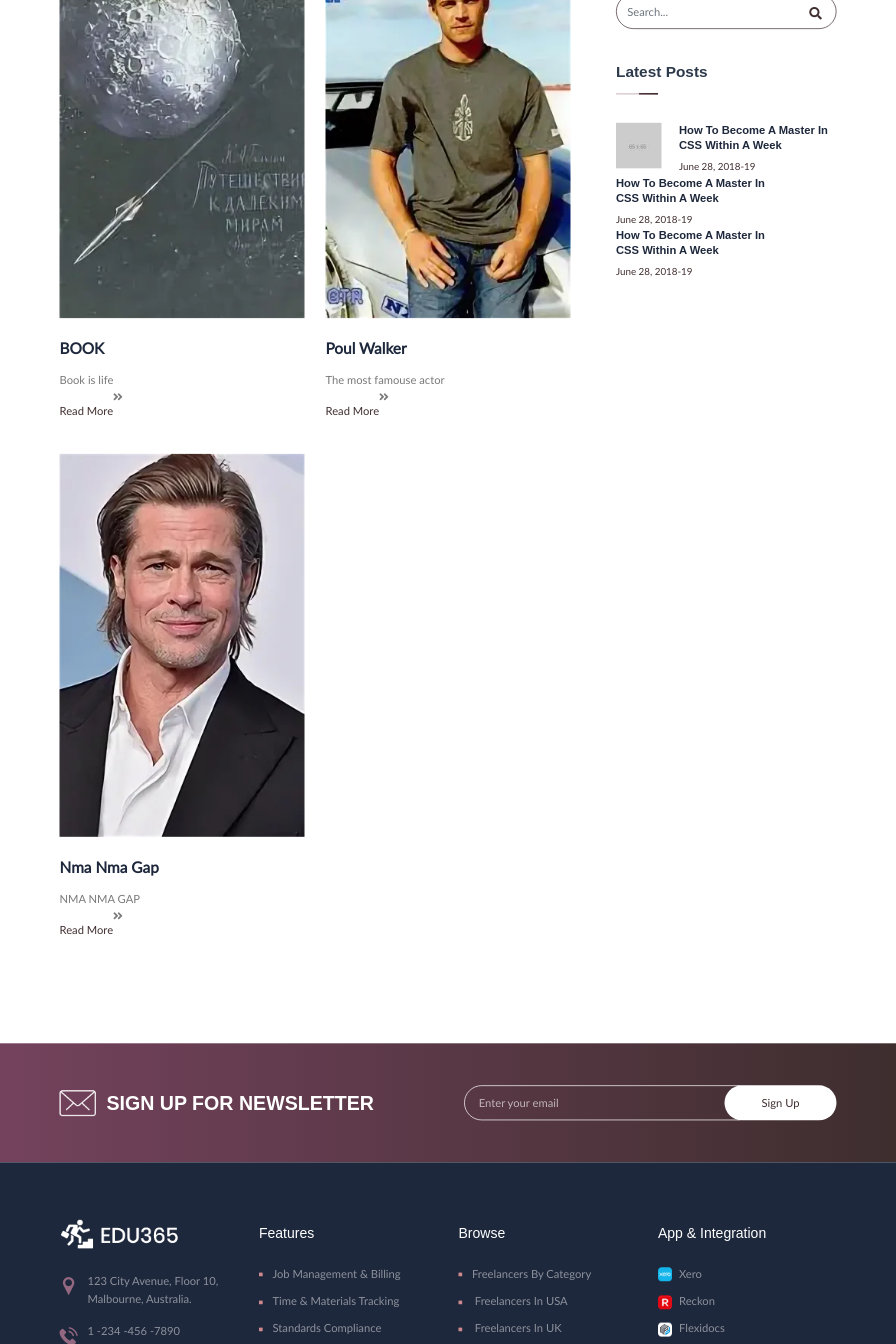
Repository: maqsudov0371/vazifa7oy10dars
Page: http://localhost/service/
These files come from the project's save history. The page is drawn as it stood at one moment and after the next save; the edit follows.
The browser window is 1280 px wide. The pictures show the part of the page from y = 779 to 2699 px (the page is 3012 px tall), at 70% of full size.
Some web fonts or font styles are not loaded; a fallback is used. The page is served by the project's application, run on Django 4.2 (manage.py). The page reads the database file committed with the project. Queries for data that is not in the repository find no rows.

Above is the page before, as saved 2024-09-11 15:06:50.
Console error: TypeError: Cannot read properties of undefined (reading 'left')

After the next save:
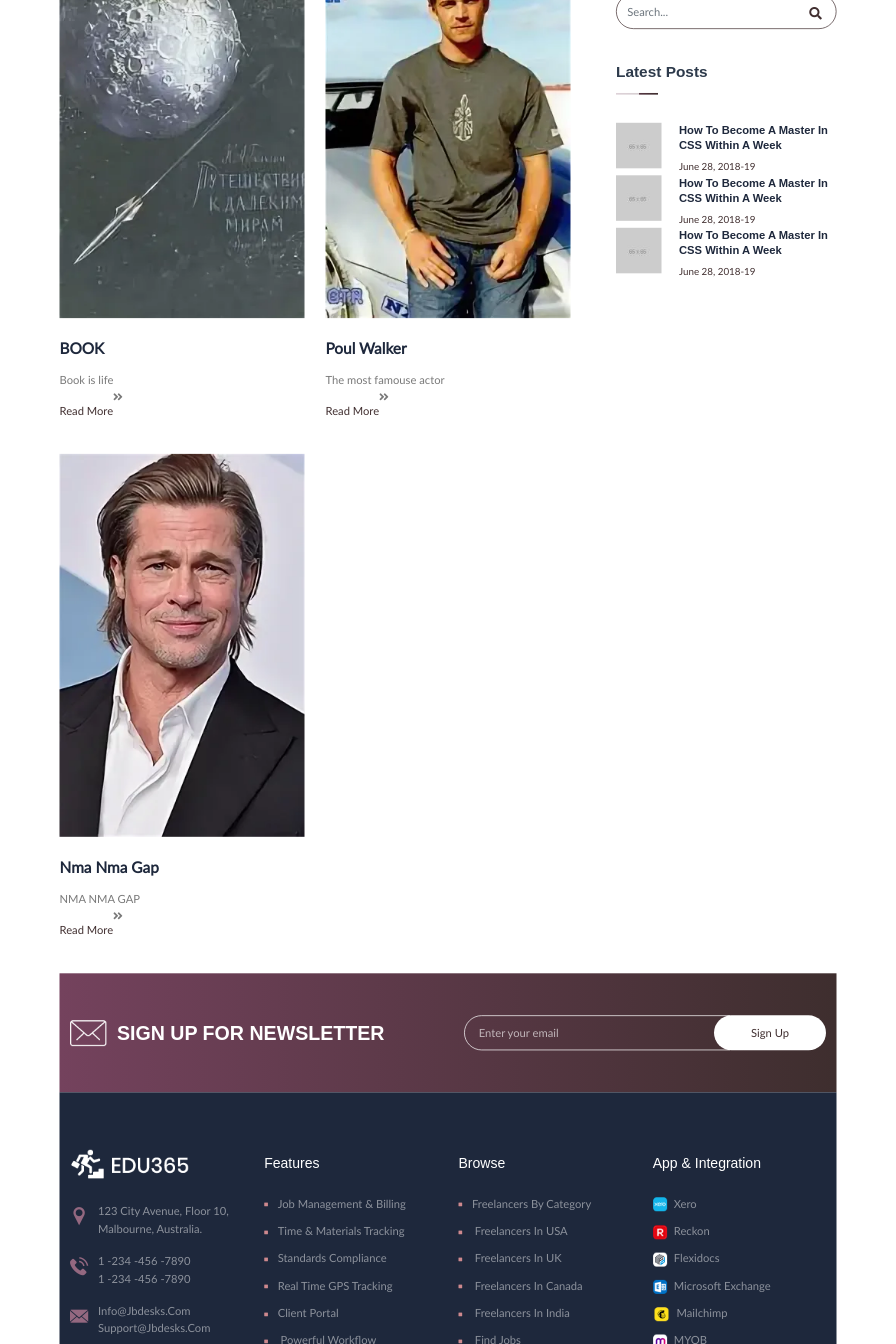
Saved 13 s later.
--- a/main/templates/main/service.html
+++ b/main/templates/main/service.html
@@ -77,11 +77,11 @@
                         <div class="widget_heading">
                             <h2>Latest Posts</h2>
                         </div>
+                        {% for last in services %}
                         <div class="blog_wrapper22 float_left">
                             <div class="blog_image">
                                 <img src="images/blog1.jpg" class="img-responsive" alt="blog_img1" />
                             </div>
-                            {% for last in services %}
                                 <div class="blog_text">
                                     <h5><a href="#">How to Become a Master in CSS within a Week</a></h5>
                                     <div class="blog_date">June 28, 2018-19</div>

After the save that followed:
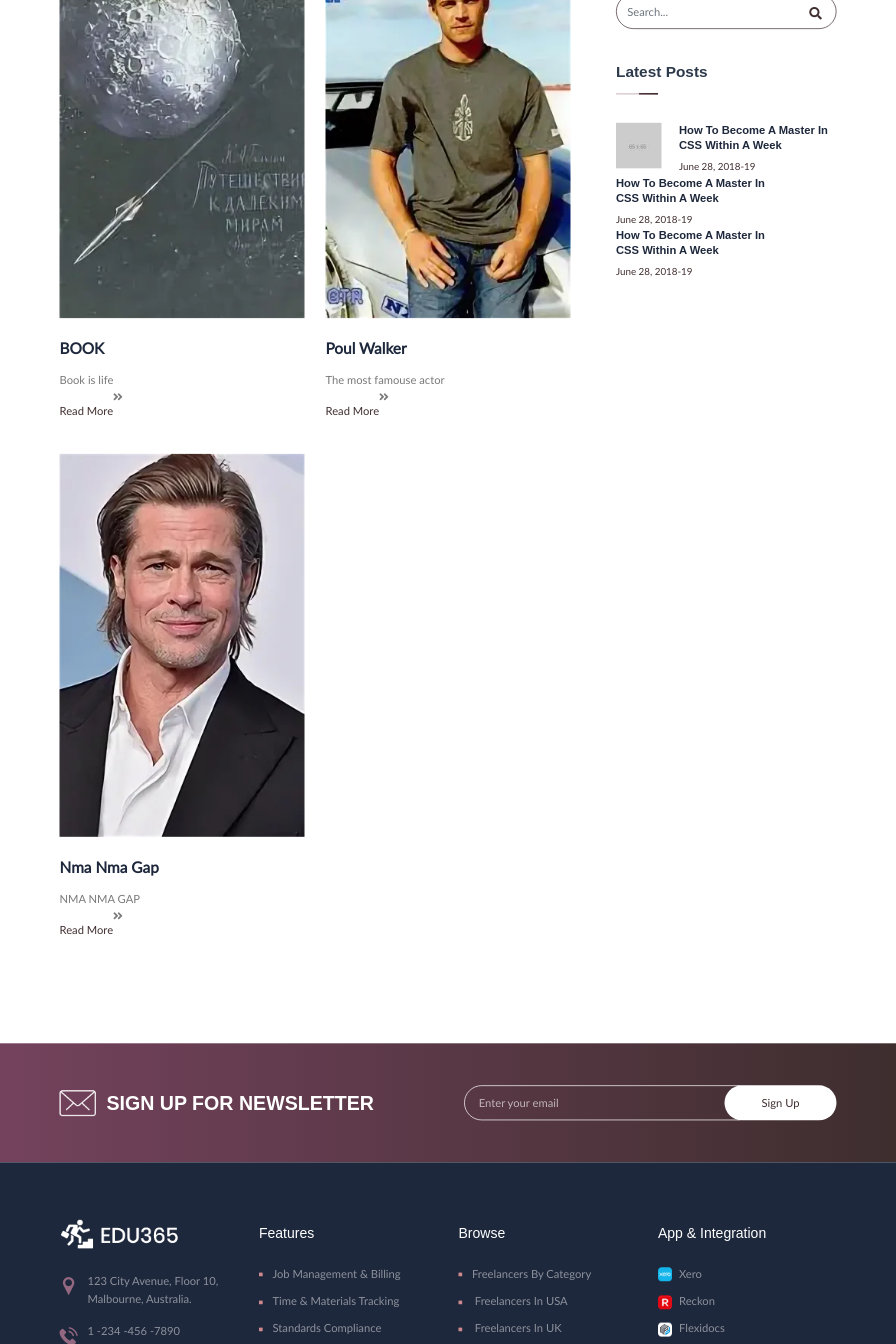
Saved 4 s later.
--- a/main/templates/main/service.html
+++ b/main/templates/main/service.html
@@ -77,15 +77,15 @@
                         <div class="widget_heading">
                             <h2>Latest Posts</h2>
                         </div>
-                        {% for last in services %}
                         <div class="blog_wrapper22 float_left">
                             <div class="blog_image">
                                 <img src="images/blog1.jpg" class="img-responsive" alt="blog_img1" />
                             </div>
-                                <div class="blog_text">
-                                    <h5><a href="#">How to Become a Master in CSS within a Week</a></h5>
-                                    <div class="blog_date">June 28, 2018-19</div>
-                                </div>
+                            {% for last in services %}
+                            <div class="blog_text">
+                                <h5><a href="#">How to Become a Master in CSS within a Week</a></h5>
+                                <div class="blog_date">June 28, 2018-19</div>
+                            </div>
                             {% endfor %}
                         </div>
                     </div>
